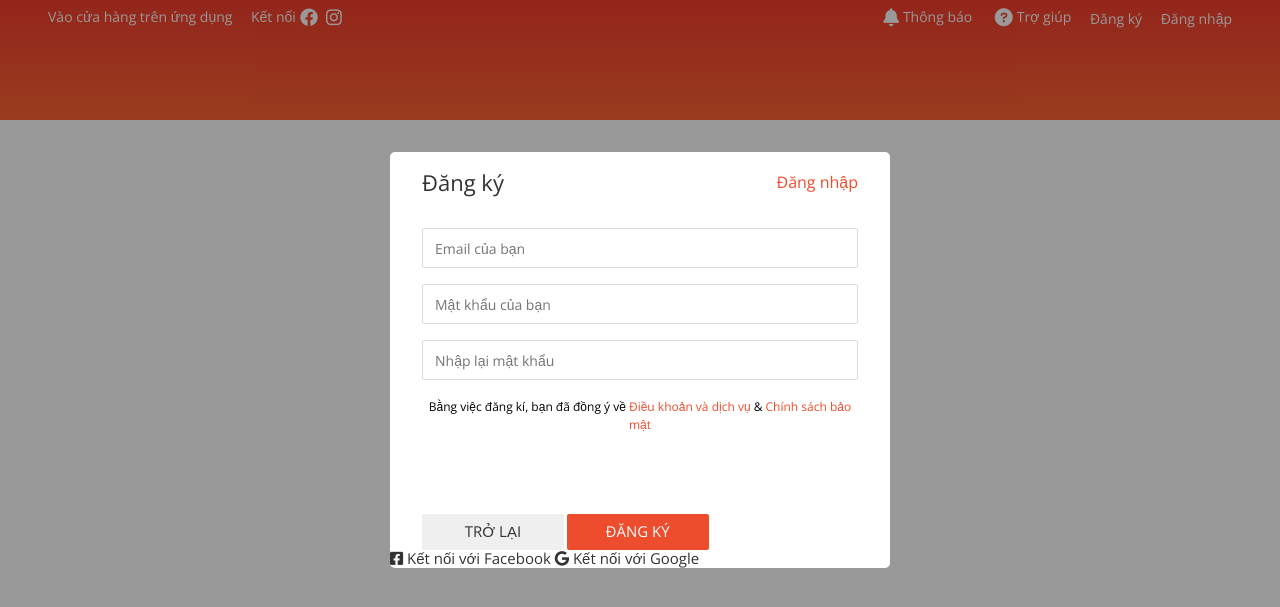
Repository: trongtamdev/Clone-Shopee-Page
Page: index.html
These files come from the project's save history. The page is drawn as it stood at one moment and after the next save; the edit follows.
The browser window is 1280 px wide. The pictures show the whole page.

Above is the page before, as saved 2022-07-08 21:53:29.

After the next save:
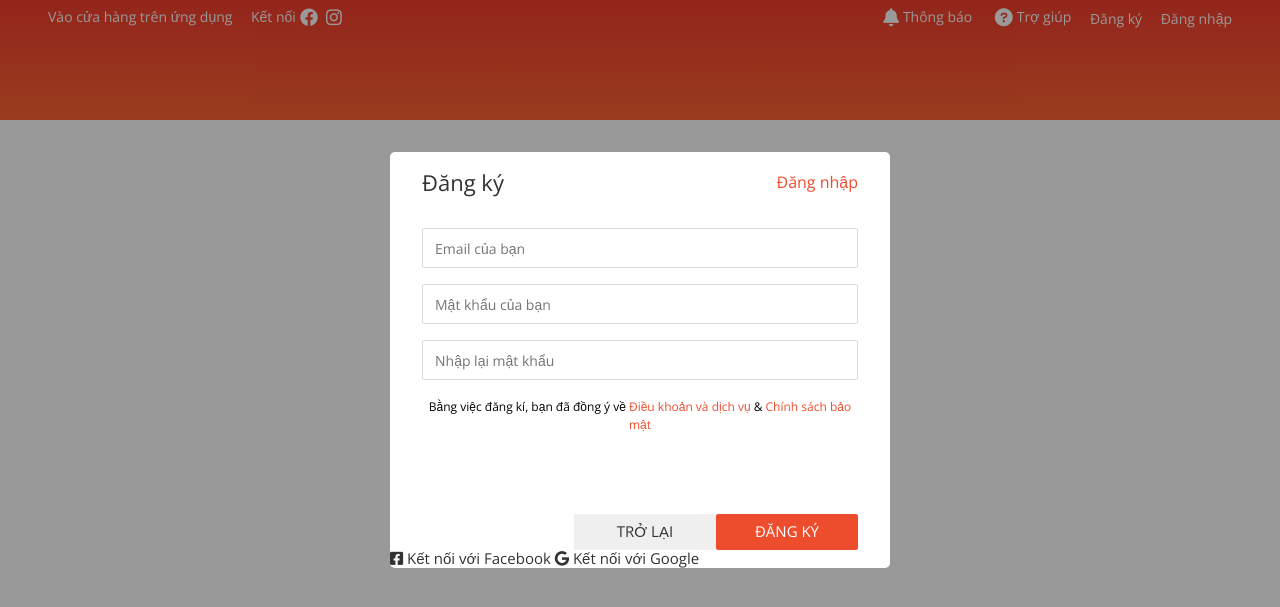
Saved 74 s later.
--- a/assets/css/main.css
+++ b/assets/css/main.css
@@ -179,5 +179,7 @@
 }
 
 .auth-form__controls {
+    display: flex;
+    justify-content: flex-end;
     margin-top: 80px;
 }
